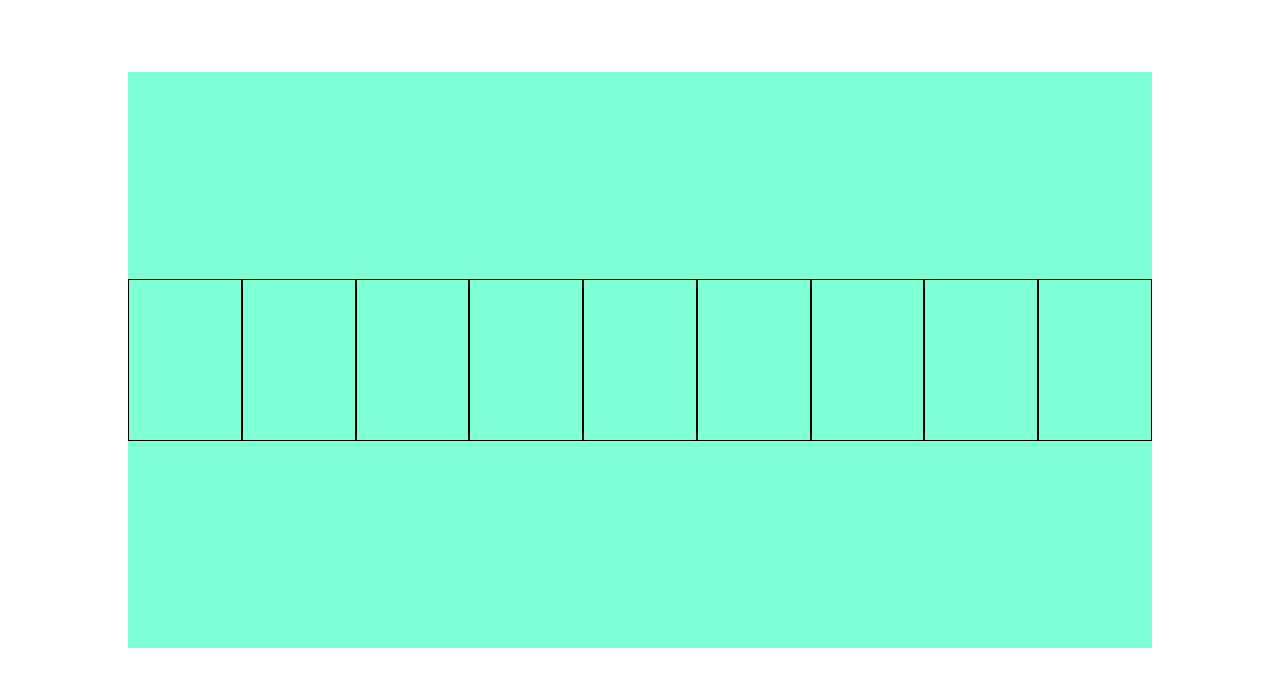
Repository: lidkaa/devTasks
Page: 0. Zadania Testowe/zadania/FlexboxCentered.html
These files come from the project's save history. The page is drawn as it stood at one moment and after the next save; the edit follows.
The browser window is 1280 px wide. The pictures show the whole page.

Above is the page before, as saved 2022-01-31 13:05:35.

After the next save:
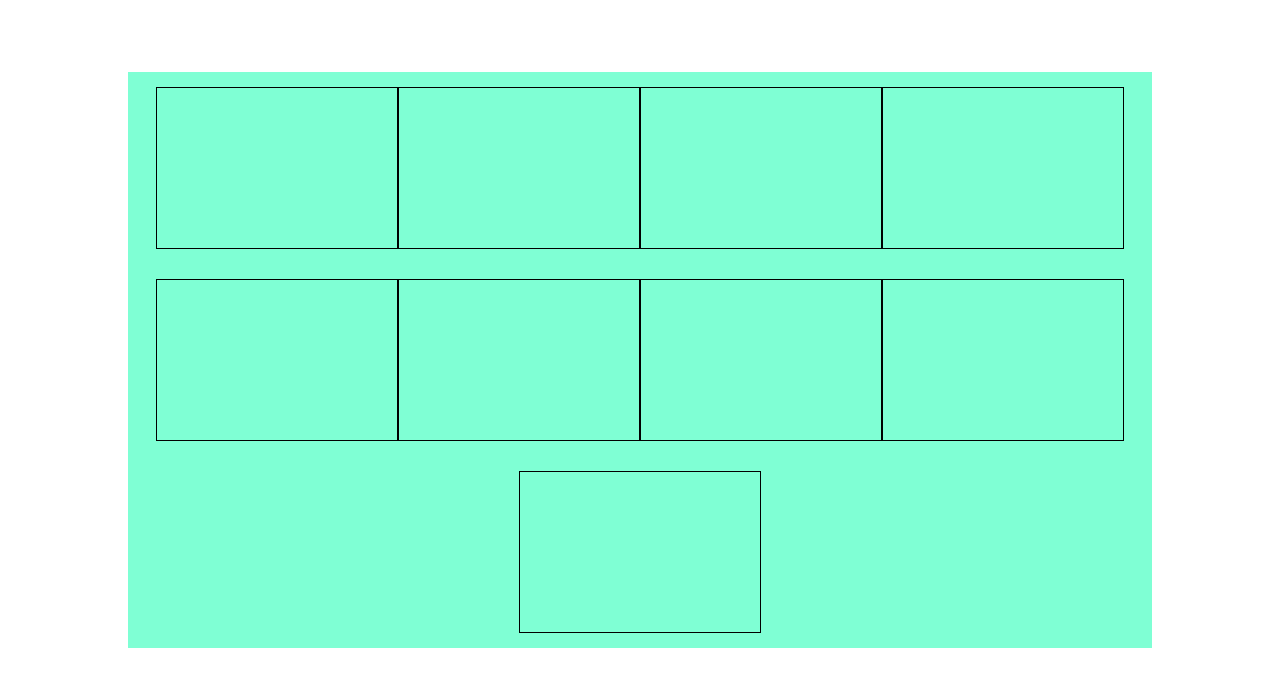
Saved 55 s later.
--- a/0. Zadania Testowe/zadania/flexboxcentered.css
+++ b/0. Zadania Testowe/zadania/flexboxcentered.css
@@ -16,6 +16,8 @@
     display: flex;
     justify-content: center;
     align-items: center;
+    flex-direction: row;
+    flex-wrap: wrap;
     list-style-type: none;
     height: 80vh;
     width: 80vw;
